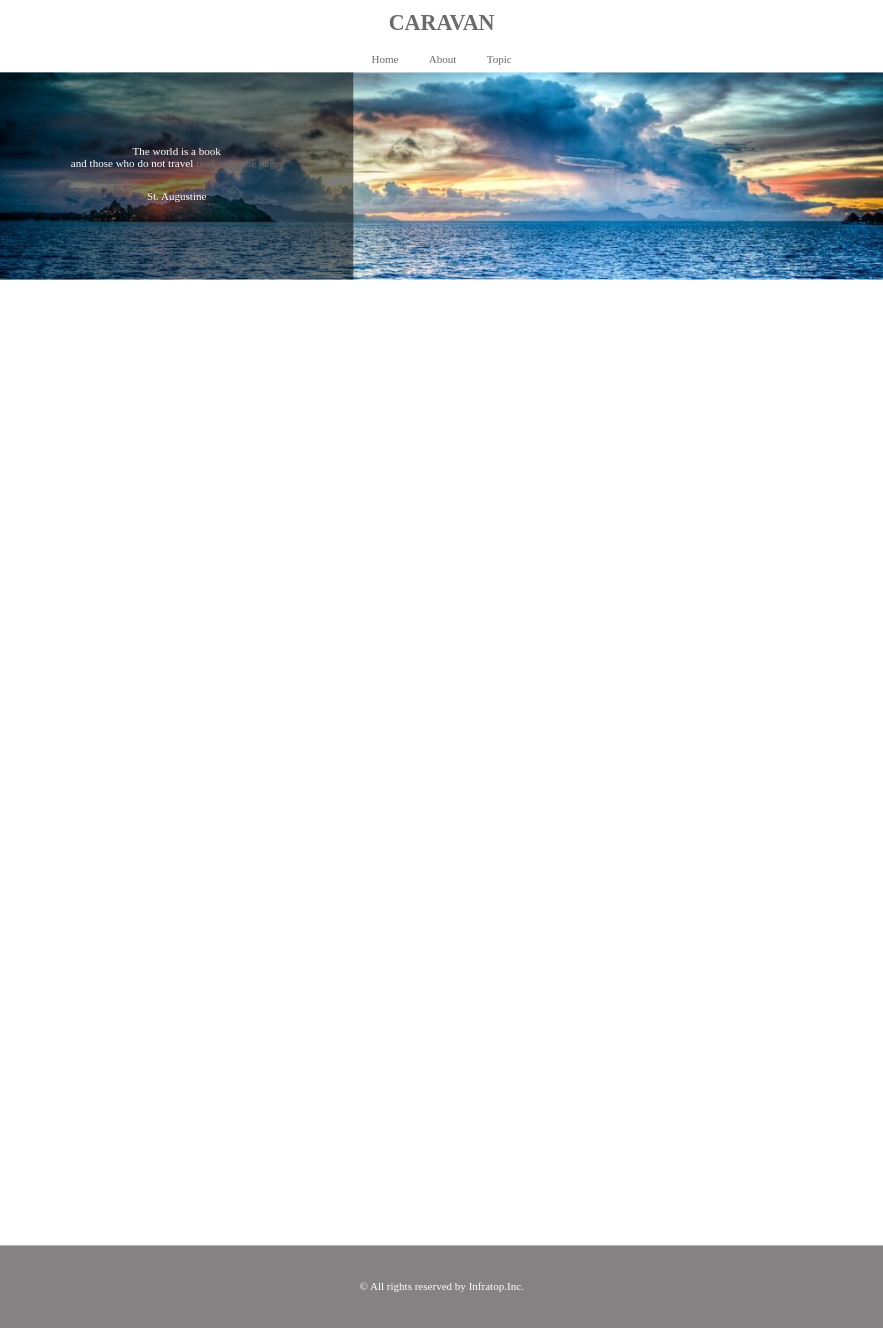
Repository: ayakodesu/html-practice
Page: caravan/index.html
The author's editor kept a record of every edit. The page is drawn from the files as they stood at one moment, then again after the next edit.
The browser window is 1280 px wide. The pictures show the whole page, at 69% of full size.

Above is the page before.

After the next edit:
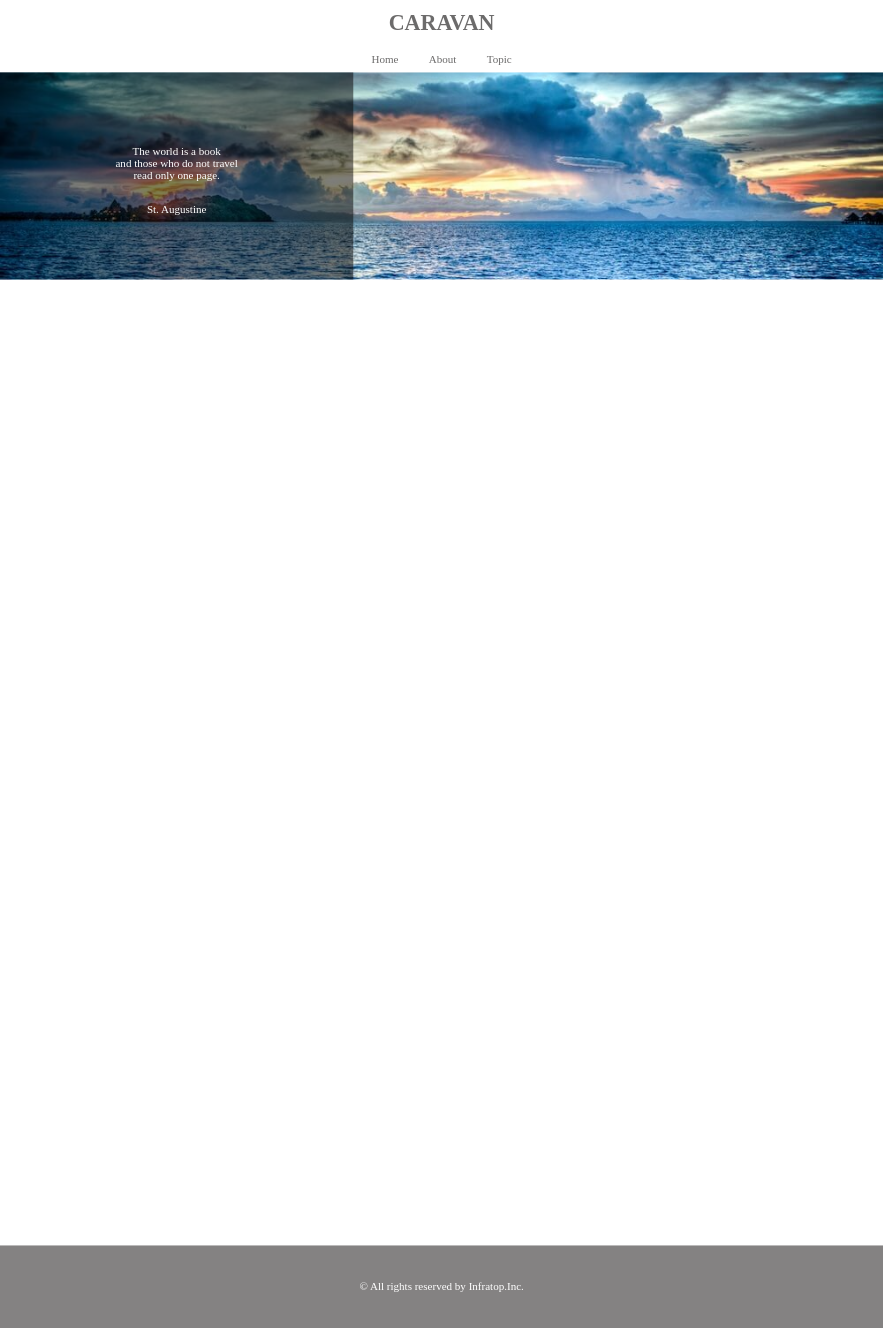
The edit:
--- a/caravan/index.html
+++ b/caravan/index.html
@@ -32,7 +32,7 @@
 
         <p class="main-visual-text">
           The world is a book<br />
-          and those who do not travel<be />
+          and those who do not travel<br />
           read only one page.
         </p>
         <p class="main-visual-name">
